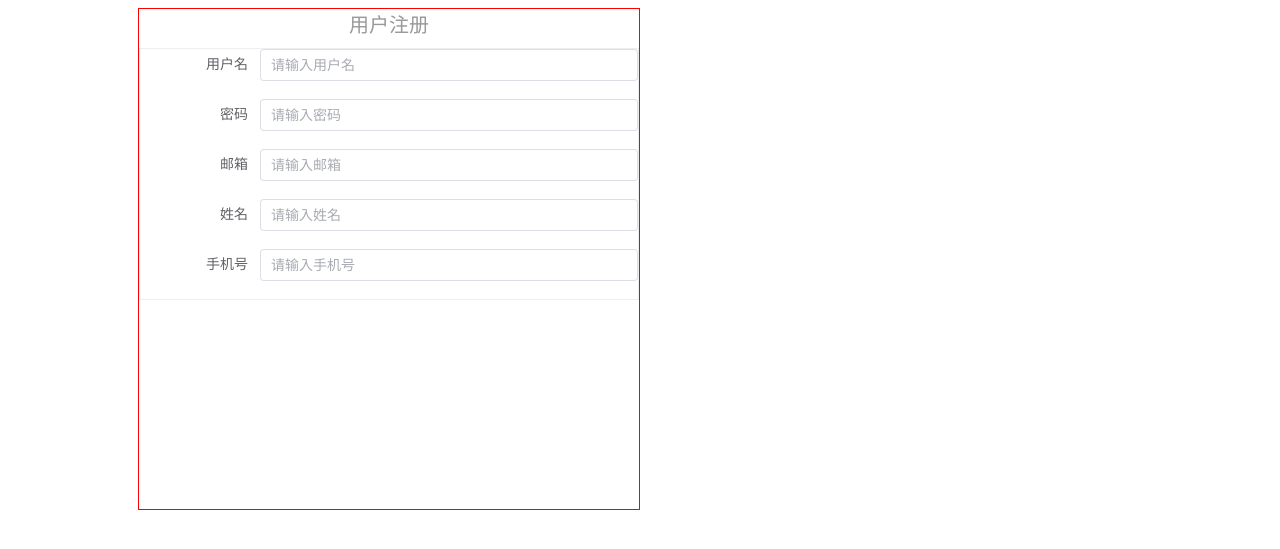
Repository: Mickey1216/yzkj_login_demo
Page: /register
An editor plug-in stored every save of this project. The page is shown before and after the next save, followed by the edit.
The browser window is 1280 px wide. The pictures show the whole page.
The project was rebuilt for these pictures with package versions that can differ from the ones it lists, and the page was loaded fresh each time. Also part of the build but not shown: vite.config.js, src/views/Login.vue.

Above is the page before, as saved 2023-07-04 14:54:37.

After the next save:
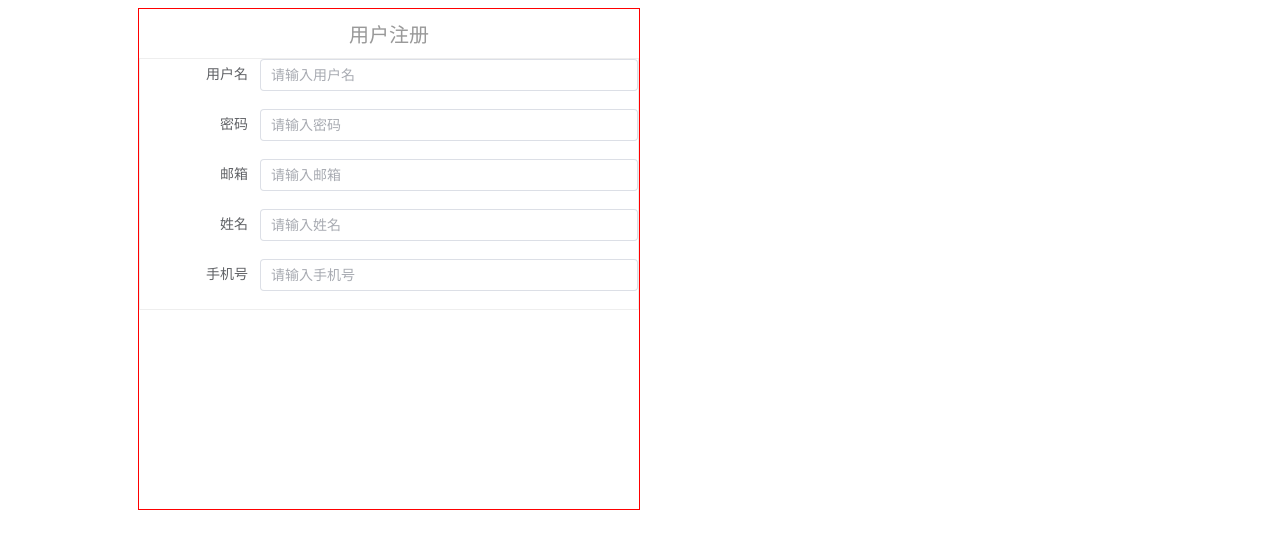
Saved 5 s later.
--- a/src/views/Register.vue
+++ b/src/views/Register.vue
@@ -41,7 +41,7 @@ const form = reactive({
   border: 1px solid red;
 }
 .title{
-  margin-bottom: 10px;
+  margin: 10px;
   display: flex;
   align-items: center;
   justify-content: center;
